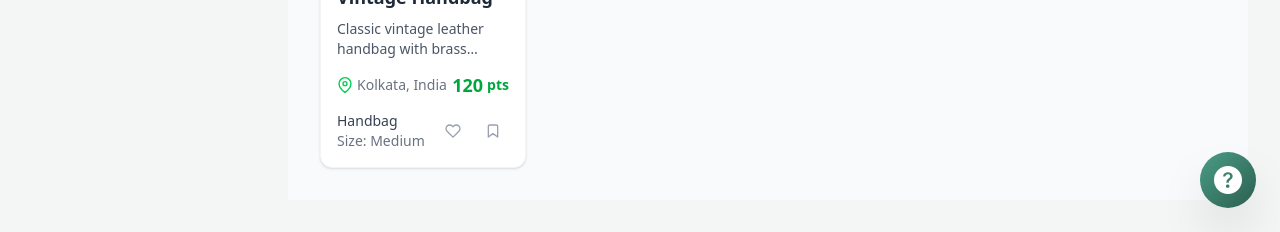
Repository: Swastikkkkk/vv
Page: /user (app in OneDrive/Desktop/Yuzichahal/frontend/)
The author's editor kept a copy of each file at every save. The page is drawn from the files as they stood at one save, then again after the next save.
The browser window is 1280 px wide. The pictures show the part of the page from y = 1182 to 2134 px (the page is 1414 px tall before and 2134 px after).
The page's requests for data from a server got no answer. The project was rebuilt for these pictures with package versions that can differ from the ones it lists, and the page was loaded fresh each time. No one was signed in, and anything a server would have sent is missing. Also part of the build but not shown: OneDrive/Desktop/Yuzichahal/frontend/vite.config.js, OneDrive/Desktop/Yuzichahal/frontend/src/components/Navbar.jsx, OneDrive/Desktop/Yuzichahal/frontend/src/components/Herosection.jsx, OneDrive/Desktop/Yuzichahal/frontend/src/components/CategoriesSection.jsx, OneDrive/Desktop/Yuzichahal/frontend/src/components/Footer.jsx, OneDrive/Desktop/Yuzichahal/frontend/src/components/LandingPage.jsx, OneDrive/Desktop/Yuzichahal/frontend/src/components/Particles.css, OneDrive/Desktop/Yuzichahal/frontend/src/components/Signup.jsx and 18 more.

Above is the page before, as saved 2025-07-12 16:08:00.

### OneDrive/Desktop/Yuzichahal/frontend/index.html
<!doctype html>
<html lang="en">
  <head>
    <meta charset="UTF-8" />
    <link rel="icon" type="image/svg+xml" href="/vite.svg" />
    <meta name="viewport" content="width=device-width, initial-scale=1.0" />
    <link href="/src/App.css" rel="stylesheet">
    <link href="https://fonts.googleapis.com/css2?family=Inter:wght@400;500;600&display=swap" rel="stylesheet">

    <title>Vite + React</title>
  </head>
  <body>
    <div id="root"></div>
    <script type="module" src="/src/main.jsx"></script>
  </body>
</html>

### OneDrive/Desktop/Yuzichahal/frontend/src/App.jsx

// // src/App.js
// import React from 'react';
// import { BrowserRouter as Router, Routes, Route } from 'react-router-dom';
// import MyProducts from './components/user/MyProducts'; // ✅ NEW
// // Public Pages
// import LandingPage from './components/LandingPage';
// import Signup from './components/Signup';
// import Login from './components/Login';

// // User Dashboard Pages
// import UserDashboard from './components/user/UserDashboard';
// import AddListing from './components/user/AddListing';
// import PointsHistory from './components/user/PointsHistory';
// import ProfileDashboard from './components/user/ProfileDashboard'; // ✅ Import this
// // Admin Dashboard Page
// import AdminDashboard from './components/admin/AdminDashboard';

// // Shared Pages
// import ProductDetail from './components/ProductDetail';
// import NotFound from './components/NotFound';

// const App = () => {
//   return (
//     <Router>
//       <Routes>
//         {/* 🌐 Public Routes */}
//         <Route path="/" element={<LandingPage />} />
//         <Route path="/signup" element={<Signup />} />
//         <Route path="/login" element={<Login />} />

//         {/* 👤 User Routes */}
//         <Route path="/user" element={<UserDashboard />} />
//         <Route path="/user/add" element={<AddListing />} />
//         <Route path="/user/points" element={<PointsHistory />} />
// <Route path="/user/profile" element={<ProfileDashboard />} />
//         {/* 🛠 Admin Routes */}
//         <Route path="/user/my-products" element={<MyProducts userEmail="user@example.com" />} />
//         <Route path="/admin" element={<AdminDashboard />} />

//         {/* 🔁 Shared Routes */}
//         <Route path="/product/:productId" element={<ProductDetail />} />

//         {/* ❌ 404 Page */}
//         <Route path="*" element={<NotFound />} />
//       </Routes>
//     </Router>
//   );
// };

// export default App;
// src/App.js
import React from 'react';
import { BrowserRouter as Router, Routes, Route } from 'react-router-dom';
import { AuthProvider } from './AuthContext'; // ✅ Import context

// Public Pages
import LandingPage from './components/LandingPage';
import Signup from './components/Signup';
import Login from './components/Login';

// User Dashboard Pages
import UserDashboard from './components/user/UserDashboard';
import AddListing from './components/user/AddListing';
import PointsHistory from './components/user/PointsHistory';
import ProfileDashboard from './components/user/ProfileDashboard';
import MyProducts from './components/user/MyProducts';
import CategoryProducts from './components/CategoryProducts'; // 🆕
// Admin Dashboard Page
import AdminDashboard from './components/admin/AdminDashboard';

// Shared Pages
import ProductDetail from './components/ProductDetail';
import NotFound from './components/NotFound';

const App = () => {
  return (
    <AuthProvider>
      <Router>
        <Routes>
          {/* 🌐 Public Routes */}
          <Route path="/" element={<LandingPage />} />
          <Route path="/signup" element={<Signup />} />
          <Route path="/login" element={<Login />} />

          {/* 👤 User Routes */}
          <Route path="/user" element={<UserDashboard />} />
          <Route path="/user/add" element={<AddListing />} />
          <Route path="/user/points" element={<PointsHistory />} />
          <Route path="/user/profile" element={<ProfileDashboard />} />
          <Route path="/user/my-products" element={<MyProducts />} />

          {/* 🛠 Admin Routes */}
          <Route path="/admin-dashboard" element={<AdminDashboard />} />

          {/* 🔁 Shared Routes */}
          <Route path="/product/:productId" element={<ProductDetail />} />
<Route path="/category/:categoryName" element={<CategoryProducts />} />
          {/* ❌ 404 Page */}
          <Route path="*" element={<NotFound />} />
        </Routes>
      </Router>
    </AuthProvider>
  );
};

export default App;

### OneDrive/Desktop/Yuzichahal/frontend/src/AuthContext.jsx
// src/AuthContext.js
import React, { createContext, useEffect, useState } from 'react';
import { onAuthStateChanged } from 'firebase/auth';
import { auth } from './components/FirebaseConfig'; // Adjust path as needed

export const AuthContext = createContext();

export const AuthProvider = ({ children }) => {
  const [user, setUser] = useState(null);
  const [authLoading, setAuthLoading] = useState(true);

  useEffect(() => {
    const unsubscribe = onAuthStateChanged(auth, (firebaseUser) => {
      setUser(firebaseUser);
      setAuthLoading(false);
    });

    return () => unsubscribe(); // Clean up listener
  }, []);

  return (
    <AuthContext.Provider value={{ user, authLoading }}>
      {children}
    </AuthContext.Provider>
  );
};
export default AuthProvider;

### OneDrive/Desktop/Yuzichahal/frontend/src/components/user/UserDashboard.jsx
// // // // // src/components/user/UserDashboard.jsx
// // // // import React from 'react';
// // // // import Sidebar from './Sidebar';
// // // // import ProductFeed from './ProductFeed';
// // // // import HelpTooltip from './HelpTooltip';

// // // // const UserDashboard = () => {
// // // //   return (
// // // //     <div className="min-h-screen flex bg-[#f3f6f5] overflow-x-hidden">
// // // //       {/* Sidebar */}
// // // //       <Sidebar />

// // // //       {/* Main */}
// // // //       <div className="relative flex-1 p-6 sm:p-8 overflow-y-auto">
// // // //         {/* Help Icon */}
// // // //         <div className="absolute top-6 right-6 z-10">
// // // //           <HelpTooltip />
// // // //         </div>

// // // //         {/* Heading */}
// // // //         <h1 className="text-2xl font-semibold text-[#1a3d35] mb-6">
// // // //           Browse All Listings 👗
// // // //         </h1>

// // // //         {/* Listings */}
// // // //         <ProductFeed />
// // // //       </div>
// // // //     </div>
// // // //   );
// // // // };

// // // // export default UserDashboard;
// // // // src/components/user/UserDashboard.jsx
// // // import React, { useEffect, useState } from 'react';
// // // import Sidebar from './Sidebar';
// // // import ProductFeed from './ProductFeed';
// // // import HelpTooltip from './HelpTooltip';
// // // import { ShoppingBag } from 'lucide-react'; // Icon
// // // import NotificationBell from './NotificationBell';
// // // const UserDashboard = () => {
// // //   const [show, setShow] = useState(false);

// // //   useEffect(() => {
// // //     // Trigger animation on mount
// // //     const timeout = setTimeout(() => setShow(true), 50);
// // //     return () => clearTimeout(timeout);
// // //   }, []);

// // //   return (
// // //     <div className="min-h-screen flex bg-[#f3f6f5] overflow-x-hidden">
// // //       {/* Sidebar */}
// // //       <Sidebar />
// // //       <div className="fixed top-4 right-6 z-50">
// // //   <NotificationBell />
// // // </div>


// // //       {/* Main */}
// // //       <div
// // //         className={`relative flex-1 p-6 sm:p-8 overflow-y-auto transform transition-opacity duration-700 ease-in-out ${
// // //           show ? 'opacity-100 translate-y-0' : 'opacity-0 translate-y-4'
// // //         }`}
// // //       >
// // //         {/* Help Icon */}
// // //         <div className="absolute top-6 right-6 z-10">
// // //           <HelpTooltip />
// // //         </div>

// // //         {/* Heading with icon */}
// // //         <div className="flex items-center gap-2 mb-6">
// // //           <ShoppingBag className="text-[#1a3d35] w-6 h-6" />
// // //           <h1 className="text-2xl font-semibold text-[#1a3d35]">
// // //             Browse All Listings
// // //           </h1>
// // //         </div>

// // //         {/* Listings */}
// // //         <ProductFeed />
// // //       </div>
// // //     </div>
// // //   );
// // // };

// // // export default UserDashboard;
// // // src/components/user/UserDashboard.jsx
// // import React, { useEffect, useState } from 'react';
// // import Sidebar from './Sidebar';
// // import ProductFeed from './ProductFeed';
// // import HelpTooltip from './HelpTooltip';
// // import { ShoppingBag } from 'lucide-react';
// // import NotificationBell from './NotificationBell';

// // const UserDashboard = () => {
// //   const [show, setShow] = useState(false);
// //   const [sidebarCollapsed, setSidebarCollapsed] = useState(false);

// //   useEffect(() => {
// //     // Trigger animation on mount
// //     const timeout = setTimeout(() => setShow(true), 50);
// //     return () => clearTimeout(timeout);
// //   }, []);

// //   return (
// //     <div className="min-h-screen flex bg-[#f3f6f5] overflow-x-hidden">
// //       {/* Sidebar */}
// //       <Sidebar
// //         collapsed={sidebarCollapsed}
// //         setCollapsed={setSidebarCollapsed}
// //       />

// //       {/* Main Content - with proper margin based on sidebar state */}
// //       <div
// //         className={`flex-1 transition-all duration-300 ${
// //           sidebarCollapsed ? 'ml-0' : 'ml-0'
// //         }`}
// //       >
// //         {/* Fixed Notification Bell */}
// //         <div className="fixed top-4 right-6 z-50">
// //           <NotificationBell />
// //         </div>

// //         {/* Main Content Area */}
// //         <div
// //           className={`relative p-6 sm:p-8 overflow-y-auto min-h-screen transform transition-opacity duration-700 ease-in-out ${
// //             show ? 'opacity-100 translate-y-0' : 'opacity-0 translate-y-4'
// //           }`}
// //         >
// //           {/* Help Icon */}
// //           <div className="absolute top-6 right-6 z-10">
// //             <HelpTooltip />
// //           </div>

// //           {/* Heading with icon */}
// //           <div className="flex items-center gap-2 mb-6">
// //             <ShoppingBag className="text-[#1a3d35] w-6 h-6" />
// //             <h1 className="text-2xl font-semibold text-[#1a3d35]">
// //               Browse All Listings
// //             </h1>
// //           </div>

// //           {/* Listings */}
// //           <ProductFeed />
// //         </div>
// //       </div>
// //     </div>
// //   );
// // };

// // export default UserDashboard;
// // src/components/user/UserDashboard.jsx
// import React, { useEffect, useState } from 'react';
// import Sidebar from './Sidebar';
// import ProductFeed from './ProductFeed';
// import HelpTooltip from './HelpTooltip';
// import { ShoppingBag } from 'lucide-react';
// import NotificationBell from './NotificationBell';

// const UserDashboard = () => {
//   const [show, setShow] = useState(false);

//   useEffect(() => {
//     // Trigger animation on mount
//     const timeout = setTimeout(() => setShow(true), 50);
//     return () => clearTimeout(timeout);
//   }, []);

//   return (
//     <div className="min-h-screen flex bg-[#f3f6f5] overflow-x-hidden">
//       {/* Sidebar */}
//       <Sidebar />

//       {/* Main Content */}
//       <div className="flex-1 relative">
//         {/* Fixed Notification Bell */}
//         <div className="fixed top-4 right-6 z-50">
//           <NotificationBell />
//         </div>

//         {/* Main Content Area */}
//         <div
//           className={`relative p-6 sm:p-8 overflow-y-auto min-h-screen transform transition-opacity duration-700 ease-in-out ${
//             show ? 'opacity-100 translate-y-0' : 'opacity-0 translate-y-4'
//           }`}
//         >
//           {/* Help Icon */}
//           <div className="absolute top-6 right-6 z-10">
//             <HelpTooltip />
//           </div>

//           {/* Heading with icon */}
//           <div className="flex items-center gap-2 mb-6">
//             <ShoppingBag className="text-[#1a3d35] w-6 h-6" />
//             <h1 className="text-2xl font-semibold text-[#1a3d35]">
//               Browse All Listings
//             </h1>
//           </div>

//           {/* Listings */}
//           <ProductFeed />
//         </div>
//       </div>
//     </div>
//   );
// };

// export default UserDashboard;
// src/components/user/UserDashboard.jsx
import React, { useEffect, useState } from 'react';
import Sidebar from './Sidebar';
import ProductFeed from './ProductFeed';
import HelpTooltip from './HelpTooltip';
import { ShoppingBag } from 'lucide-react';
import NotificationBell from './NotificationBell';
import CallTutor from './CallTutor';
const UserDashboard = () => {
  const [show, setShow] = useState(false);

  useEffect(() => {
    // Trigger animation on mount
    const timeout = setTimeout(() => setShow(true), 50);
    return () => clearTimeout(timeout);
  }, []);

  return (
    <div className="min-h-screen bg-[#f3f6f5] overflow-x-hidden">
      {/* Sidebar */}
      <Sidebar />

      {/* Main Content - fixed margin since sidebar manages its own state */}
      <div className="ml-64 relative min-h-screen">{/* Note: You might want to make this responsive to sidebar collapse state */}
        {/* Fixed Notification Bell */}
        <div className="fixed top-4 right-6 z-50">
          <NotificationBell />
        </div>

        {/* Main Content Area */}
        <div
          className={`relative p-6 sm:p-8 overflow-y-auto min-h-screen transform transition-opacity duration-700 ease-in-out ${
            show ? 'opacity-100 translate-y-0' : 'opacity-0 translate-y-4'
          }`}
        >
          {/* Help Icon */}
          <div className="absolute top-6 right-6 z-10">
            <HelpTooltip />
          </div>

          {/* Heading with icon */}
          <div className="flex items-center gap-2 mb-6">
            <ShoppingBag className="text-[#1a3d35] w-6 h-6" />
            <h1 className="text-2xl font-semibold text-[#1a3d35]">
              Browse All Listings
            </h1>
          </div>

          {/* Listings */}
          <ProductFeed />
        </div>
      </div>
    </div>
  );
};

export default UserDashboard;

### OneDrive/Desktop/Yuzichahal/frontend/src/components/user/HelpTooltip.jsx
// src/components/user/HelpTooltip.jsx
import React, { useState } from 'react';
import { Dialog } from '@headlessui/react';
import { FiX, FiCopy } from 'react-icons/fi';
import { BsQuestionCircleFill } from 'react-icons/bs';
import { useAuthState } from 'react-firebase-hooks/auth';
import { auth } from '../FirebaseConfig';

const HelpTooltip = () => {
  const [isOpen, setIsOpen] = useState(false);
  const [copied, setCopied] = useState(false);
  const [user] = useAuthState(auth);

  const referralLink = user
    ? `https://rewear.com/signup?ref=${user.uid}`
    : 'https://rewear.com/signup';

  const handleCopy = () => {
    navigator.clipboard.writeText(referralLink);
    setCopied(true);
    setTimeout(() => setCopied(false), 2000);
  };

  return (
    <>
      {/* Floating Help Button */}
      <button
        onClick={() => setIsOpen(true)}
        className="fixed bottom-6 right-6 w-14 h-14 rounded-full bg-gradient-to-br from-[#4a9e87] to-[#2c5f4f] text-white shadow-2xl flex items-center justify-center hover:scale-105 transition-transform duration-300 z-50"
        title="How points work"
      >
        <BsQuestionCircleFill className="w-7 h-7" />
      </button>

      {/* Modal Dialog */}
      <Dialog open={isOpen} onClose={() => setIsOpen(false)} className="relative z-50">
        <div className="fixed inset-0 bg-black/40 backdrop-blur-sm" aria-hidden="true" />
        <div className="fixed inset-0 flex items-center justify-center p-4">
          <Dialog.Panel className="w-full max-w-lg rounded-3xl bg-white/80 backdrop-blur-xl border border-[#c5e3da] p-8 shadow-2xl animate-fade-in relative">

            {/* Close Button */}
            <button
              onClick={() => setIsOpen(false)}
              className="absolute top-4 right-4 text-gray-500 hover:text-gray-700 transition"
            >
              <FiX className="w-5 h-5" />
            </button>

            {/* Title */}
            <Dialog.Title className="text-2xl font-semibold text-[#1c4034] mb-5 flex items-center gap-2">
              🌿 How ReWear Points Work
            </Dialog.Title>

            {/* Content */}
            <div className="space-y-4 text-sm text-gray-800 leading-relaxed">
              <p>🧵 <strong>Upload a Product:</strong> Earn <span className="text-[#2f6453] font-semibold">+5</span> points</p>
              <p>🔁 <strong>Complete an Exchange:</strong> Earn <span className="text-[#2f6453] font-semibold">+15</span> points</p>
              <p>🎁 <strong>Refer & Earn:</strong> Get <span className="text-[#2f6453] font-semibold">+20</span> points per successful referral</p>
              <p>💱 <strong>Use Points:</strong> Unlock premium listings or enjoy faster exchanges</p>
              <p>📈 <strong>Points = Trust:</strong> Gain badges, quicker approvals & more visibility</p>
            </div>

            {/* Referral Link */}
            <div className="mt-6">
              <label className="block text-sm font-medium text-[#1c4034] mb-2">
                Your Referral Link
              </label>
              <div className="flex items-center bg-[#eef7f3] border border-[#b6d8cb] rounded-lg px-3 py-2">
                <span className="flex-1 text-xs break-all text-[#2f5e4d]">{referralLink}</span>
                <button
                  onClick={handleCopy}
                  className="ml-3 text-sm text-[#447d68] hover:text-[#2d5b4b] flex items-center transition"
                >
                  <FiCopy className="w-4 h-4 mr-1" />
                  {copied ? "Copied!" : "Copy"}
                </button>
              </div>
            </div>

            {/* Got It CTA */}
            <div className="mt-6 text-right">
              <button
                onClick={() => setIsOpen(false)}
                className="px-5 py-2.5 bg-[#3c7e6b] text-white rounded-xl hover:bg-[#2c5f4f] transition shadow-md"
              >
                Got it!
              </button>
            </div>
          </Dialog.Panel>
        </div>
      </Dialog>
    </>
  );
};

export default HelpTooltip;

### OneDrive/Desktop/Yuzichahal/frontend/src/components/user/NotificationBell.jsx
import React, { useEffect, useState } from 'react';
import { FiBell } from 'react-icons/fi';
import { collection, query, where, onSnapshot, orderBy } from 'firebase/firestore';
import { db } from '../FirebaseConfig';
import { getAuth } from 'firebase/auth';

const NotificationBell = () => {
  const [messages, setMessages] = useState([]);
  const [open, setOpen] = useState(false);
  const auth = getAuth();
  const currentUser = auth.currentUser;

  useEffect(() => {
    if (!currentUser) return;

    const q = query(
      collection(db, 'messages'),
      where('to', '==', currentUser.email),
      orderBy('timestamp', 'desc')
    );

    const unsubscribe = onSnapshot(q, (snapshot) => {
      const newMessages = snapshot.docs.map((doc) => ({
        id: doc.id,
        ...doc.data(),
      }));
      setMessages(newMessages);
    });

    return () => unsubscribe();
  }, [currentUser]);

  const unreadCount = messages.filter((msg) => !msg.read).length;

  return (
    <div className="relative inline-block">
      <button onClick={() => setOpen(!open)} className="relative text-[#1a3d35] hover:text-[#0f2e25]">
        <FiBell className="w-6 h-6" />
        {unreadCount > 0 && (
          <span className="absolute -top-1 -right-2 bg-red-500 text-white text-xs px-1.5 rounded-full animate-pulse">
            {unreadCount}
          </span>
        )}
      </button>

      {open && (
        <div className="absolute right-0 mt-2 w-72 bg-white shadow-xl rounded-xl border z-50">
          <div className="p-3 text-sm font-semibold border-b bg-[#f8faf9]">Notifications</div>
          <div className="max-h-60 overflow-y-auto">
            {messages.length === 0 ? (
              <p className="text-center text-gray-400 py-3">No messages yet.</p>
            ) : (
              messages.slice(0, 5).map((msg) => (
                <div key={msg.id} className="p-3 border-b hover:bg-gray-50">
                  <p className="text-sm">
                    📩 <strong>{msg.from}</strong> messaged about <em>{msg.productTitle}</em>
                  </p>
                  <p className="text-xs text-gray-500 mt-1 truncate">{msg.message}</p>
                </div>
              ))
            )}
          </div>
        </div>
      )}
    </div>
  );
};

export default NotificationBell;

### OneDrive/Desktop/Yuzichahal/frontend/src/components/user/CallTutor.jsx
import React, { useState } from 'react';
import axios from 'axios';

const CallTutor = () => {
  const [phoneNumber, setPhoneNumber] = useState('');
  const [status, setStatus] = useState('');
  const [loading, setLoading] = useState(false);

  const handleCall = async () => {
    if (!phoneNumber) {
      alert('⚠️ Please enter a phone number.');
      return;
    }

    setLoading(true);
    setStatus('Calling...');

    try {
      const res = await axios.post('http://localhost:5800/api/call', {
        to: phoneNumber,
      });

      if (res.data.success) {
        setStatus(`✅ Call initiated! Call SID: ${res.data.callSid}`);
      } else {
        setStatus('❌ Call failed. Please try again.');
      }
    } catch (err) {
      console.error(err);
      setStatus(`❌ Error: ${err.response?.data?.error || err.message}`);
    } finally {
      setLoading(false);
    }
  };

  return (
    <div className="min-h-screen flex items-center justify-center bg-[#f3f6f5] p-6">
      <div className="bg-white shadow-xl rounded-2xl p-8 max-w-md w-full text-center">
        <h2 className="text-2xl font-bold text-[#1a3d35] mb-4">Call AI Tutor</h2>
        <input
          type="tel"
          placeholder="Enter phone number (with country code)"
          value={phoneNumber}
          onChange={(e) => setPhoneNumber(e.target.value)}
          className="w-full px-4 py-3 border rounded-lg mb-4"
        />
        <button
          onClick={handleCall}
          disabled={loading}
          className="w-full bg-[#447d68] text-white py-3 rounded-lg hover:bg-[#366755] transition disabled:bg-gray-400 disabled:cursor-not-allowed"
        >
          {loading ? 'Calling...' : 'Call Now'}
        </button>
        {status && <p className="mt-4 text-sm text-gray-600">{status}</p>}
      </div>
    </div>
  );
};

export default CallTutor;

Loaded but not shown: OneDrive/Desktop/Yuzichahal/frontend/src/App.css (common file); OneDrive/Desktop/Yuzichahal/frontend/src/main.jsx (common file); OneDrive/Desktop/Yuzichahal/frontend/src/components/FirebaseConfig.js (26 lines, source omitted); OneDrive/Desktop/Yuzichahal/frontend/src/components/user/ProductFeed.jsx (3588 lines, source omitted); OneDrive/Desktop/Yuzichahal/frontend/src/components/user/Sidebar.jsx (530 lines, source omitted); OneDrive/Desktop/Yuzichahal/frontend/src/components/ImpactSection.jsx (220 lines, source omitted)

After the next save:
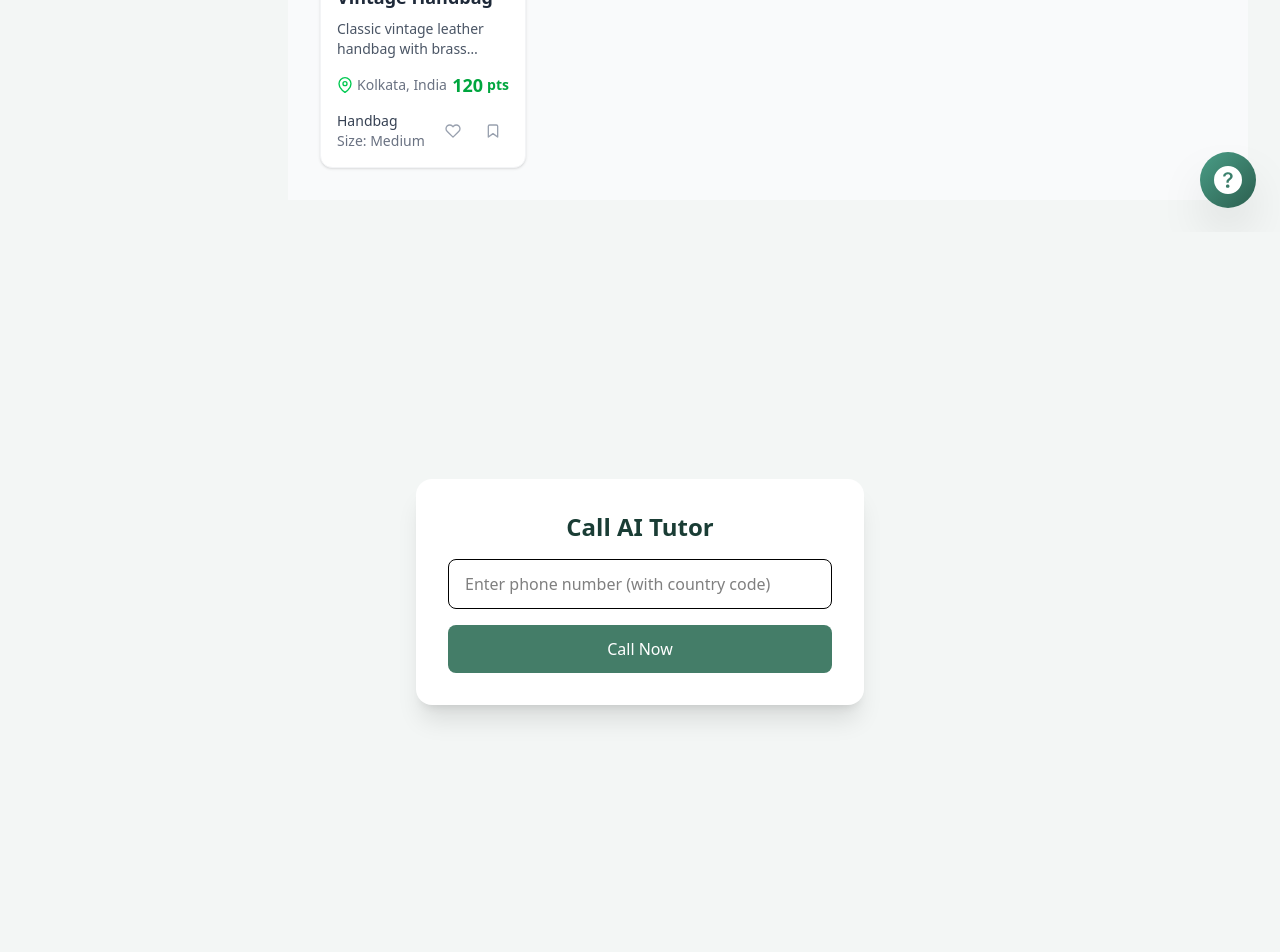
Saved 4 s later.
--- a/OneDrive/Desktop/Yuzichahal/frontend/src/components/user/UserDashboard.jsx
+++ b/OneDrive/Desktop/Yuzichahal/frontend/src/components/user/UserDashboard.jsx
@@ -256,6 +256,9 @@ const UserDashboard = () => {
           <ProductFeed />
         </div>
       </div>
+
+      {/* Call Tutor */}
+      <CallTutor />
     </div>
   );
 };
